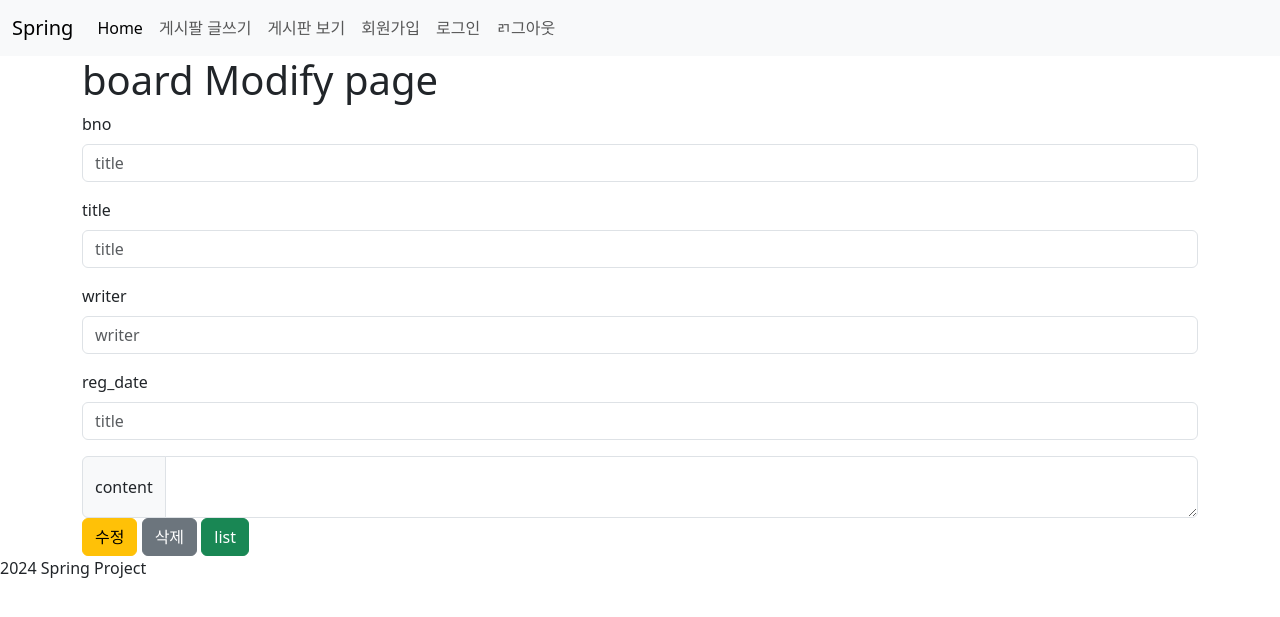
Repository: tkwkduddnd/SpringTest240430
Page: http://localhost/spring_study/WEB-INF/views/board/modify.jsp
The author's editor kept a copy of each file at every save. The page is drawn from the files as they stood at one save, then again after the next save.
The browser window is 1280 px wide. The pictures show the whole page.
The page is served by Tomcat 9. Nobody is signed in. The template is opened directly, without the code that normally fills it, so the values that code supplies are empty.

Above is the page before, as saved 2024-04-24 06:12:49.

After the next save:
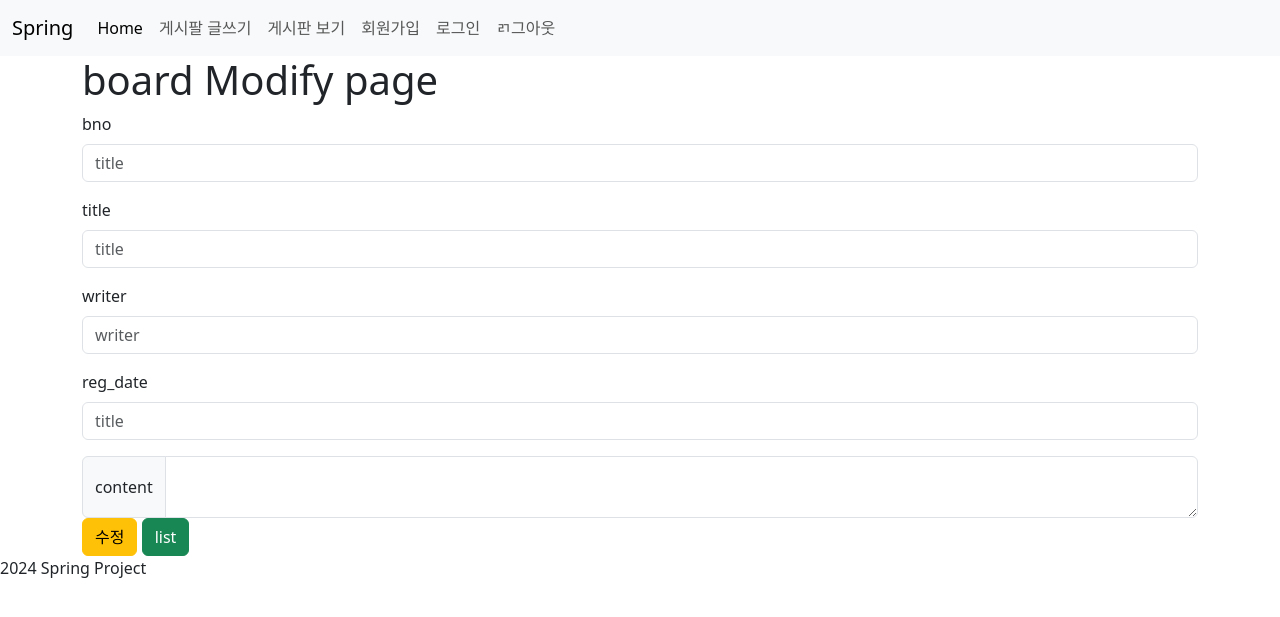
Saved 55 s later.
--- a/spring_study/src/main/webapp/WEB-INF/views/board/modify.jsp
+++ b/spring_study/src/main/webapp/WEB-INF/views/board/modify.jsp
@@ -3,6 +3,7 @@
 <jsp:include page="../layout/header.jsp" />
 	<div class="container-md">
 <h1>board Modify page</h1>
+<form action="">
 			<div class="mb-3">
 			  <label for="n" class="form-label">bno</label>
 			  <input type="text" class="form-control" name="bno" id="n" value="${bvo.bno }" readonly="readonly" placeholder="title">
@@ -23,8 +24,8 @@
 			  <span class="input-group-text">content</span>
 			  <textarea class="form-control" name="content" id="c" aria-label="With textarea" >${bvo.content }</textarea>
 			</div>
-			<a><button type="button" class="btn btn-warning">수정</button></a>
-			<a><button type="button" class="btn btn-secondary">삭제</button></a>
+			<button type="submit" class="btn btn-warning">수정</button>
 			<a href="/board/list"><button type="button" class="btn btn-success">list</button></a>
+</form>
 </div>
 <jsp:include page="../layout/footer.jsp" />
